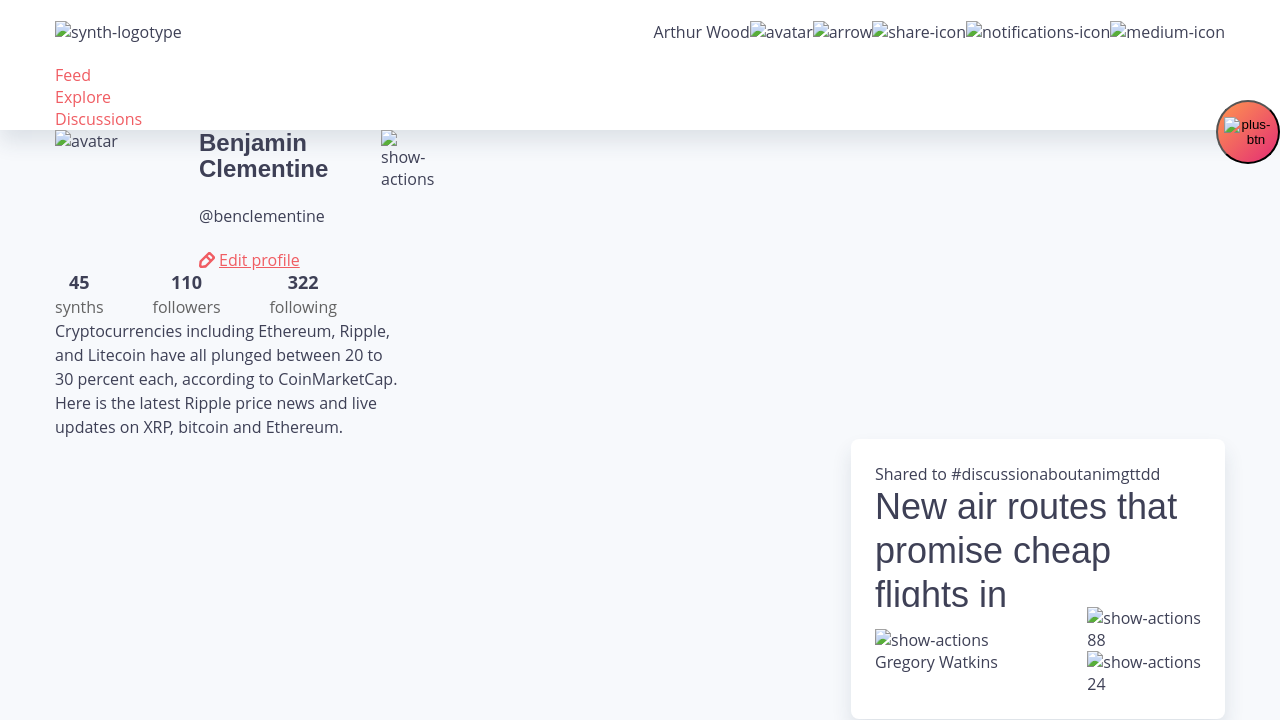
Repository: ecspetra/swivl-test-task
Page: index.html
These files come from the project's save history. The page is drawn as it stood at one moment and after the next save; the edit follows.
The browser window is 1280 px wide. The pictures show the whole page.

Above is the page before, as saved 2021-12-09 21:02:37.

After the next save:
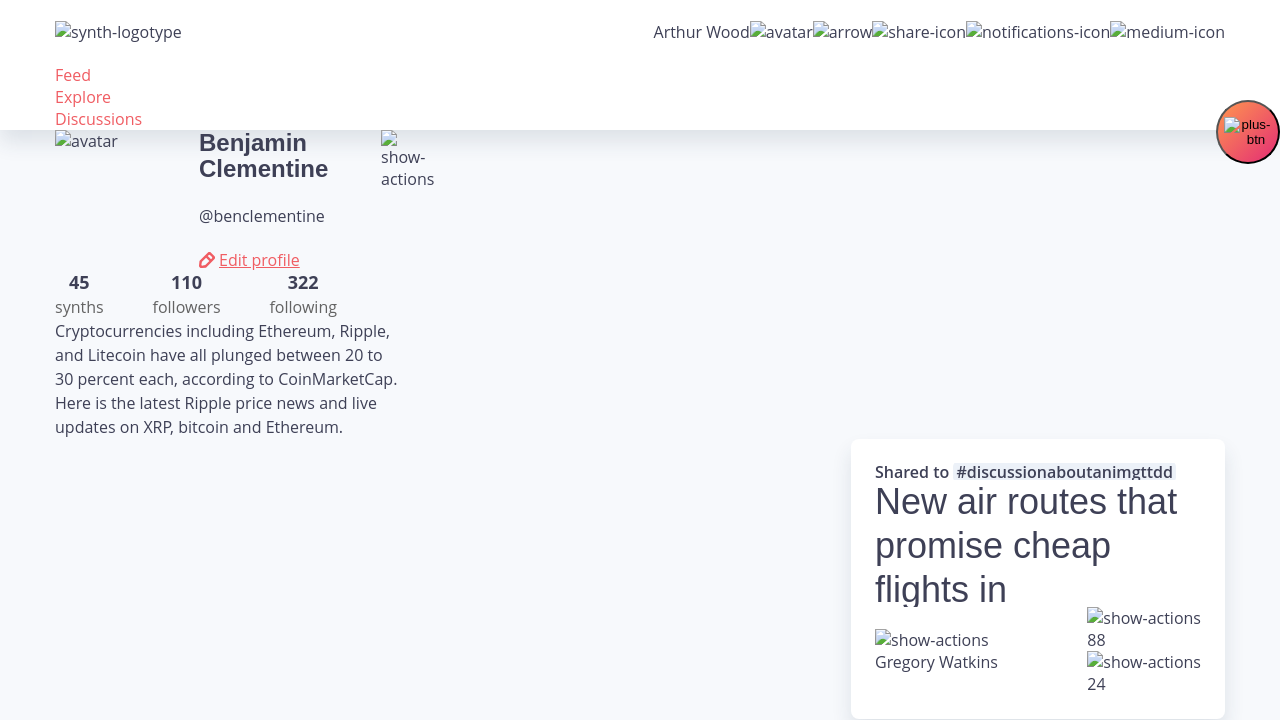
Saved 23 s later.
--- a/index.html
+++ b/index.html
@@ -82,7 +82,7 @@
 
                 <div class="profile__cards-wrapper">
                     <article class="profile-card">
-                        <p class="profile-card__shared-row">Shared to <span>#discussionaboutanimgttdd</span></p>
+                        <p class="profile-card__top">Shared to <span>#discussionaboutanimgttdd</span></p>
                         <h1 class="profile-card__headline">New air routes that promise cheap flights in</h1>
                         <div class="profile-card__bottom">
                             <div class="">
